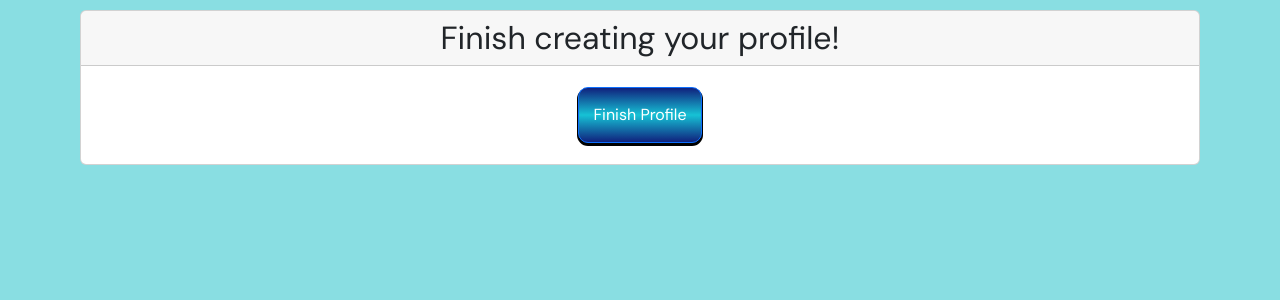
Repository: aiodell/my-glucose-checkup
Page: /me (app in client/)
An editor plug-in stored every save of this project. The page is shown before and after the next save, followed by the edit.
The browser window is 1280 px wide. The pictures show the whole page.
The page's requests for data from a server got no answer. The project was rebuilt for these pictures with package versions that can differ from the ones it lists, and the page was loaded fresh each time. No one was signed in, and anything a server would have sent is missing. Also part of the build but not shown: client/src/components/Login.js, client/src/components/Signup.js, client/src/components/Dashboard.js, client/src/components/AllReadings.js, client/src/components/NewReading.js, client/src/components/Home.js, client/src/components/BglUpdateForm.js, client/src/components/BglEventDetails.js and 8 more.

Above is the page before, as saved 2022-10-06 07:01:15.

### client/src/index.js
import React from 'react';
import ReactDOM from 'react-dom/client';
import {BrowserRouter as Router} from "react-router-dom";
import 'bootstrap/dist/css/bootstrap.min.css';
import App from './App';

const root = ReactDOM.createRoot(document.getElementById('root'));
root.render(
  <React.StrictMode>
  <Router>
    <App />
  </Router>
  </React.StrictMode>
);

### client/src/App.js
import { useState, useEffect } from "react"
import { Switch, Route, useHistory } from "react-router-dom"
import NavBar from "./components/NavBar"
import Login from "./components/Login"
import Signup from "./components/Signup"
import Dashboard from "./components/Dashboard"
import AllReadings from "./components/AllReadings"
import NewReading from "./components/NewReading"
import Home from "./components/Home"
import BglEventDetails from "./components/BglEventDetails"
import NewBglEvent from "./components/NewBglEvent"
import Events from "./components/Events"
import UserProfile from "./components/UserProfile"
import CreateProfile from "./components/CreateProfile"
import AllUsers from "./components/AllUsers"
import './styles.css'

const App = () => {
  const [currentUser, setCurrentUser] = useState("")
  const [readings, setReadings] = useState([])
  const [events, setEvents] = useState([])
  const [users, setUsers] = useState([])
  const [following, setFollowing] = useState([])
  const history = useHistory()

  useEffect( () => {
    fetch(`/auto-login`)
    .then((r) => {
      if (r.ok) {
        r.json().then((user) => setCurrentUser(user))
      }else{
        history.push("/login")
      }
    })
  }, [ ])

	useEffect(() => {
		fetch("/events")
		.then((r) => r.json())
		.then(setEvents)
	}, [])

  useEffect(() => {
		fetch("/bgls")
		.then((r) => r.json())
		.then(setReadings)
	}, [])

  useEffect(() => {
    fetch("/users")
    .then((r) => r.json())
    .then(setUsers)
  }, [])

  useEffect(() => {
    fetch("/relationships")
    .then((r) => r.json())
    .then(setFollowing)
  }, [])

  const updateUser = (user) => setCurrentUser(user)

  const addNewReading = (newReading) => {setReadings(readings => [...readings, newReading])}

  const deleteReading = (deletedReading) => {
    setReadings((readings) => readings.filter((reading) => reading.id !== deletedReading))
  }

  const deleteEvent = (deletedEvent) => {
    setEvents((events) => events.filter((event) => event.id !== deletedEvent))
  }

  const updateBgl = (updatedBgl) => {
    setReadings((readings) => readings.map(bgl => bgl.id === updatedBgl.id ? updatedBgl : bgl))
  }

  // add follower to list
  const addNewFollow = (newFollow) => {
    setFollowing(following => [...following, newFollow])
    const copyOfCurrentUser = {...currentUser}
    copyOfCurrentUser.followees.push(newFollow)
    setCurrentUser(copyOfCurrentUser)
  }

  // delete follower from the list
  const deleteFollow = (deletedFollow) => {
    setFollowing((following) => following.filter((following) => following.id !== deletedFollow))
  }

  const removeCurrentFollowing = (deletedFollowee) => {
    const copyOfCurrentUser = {...currentUser}
    copyOfCurrentUser.followees = copyOfCurrentUser.followees.filter(followee => followee.followee_id !== deletedFollowee.followee_id)
    setCurrentUser(copyOfCurrentUser)
  }

   return (
   <div>
    <NavBar
      currentUser = {currentUser}
      updateUser = {updateUser}
    />
    <Switch>
      <Route exact path = "/login">
        <Login updateUser = {updateUser}/>
      </Route>
      <Route exact path = "/signup">
        <Signup />
      </Route>
      <Route exact path = "/dashboard">
        <Dashboard
        currentUser = {currentUser}
        readings = {readings}
        setReadings = {setReadings}
        following = {following}  // will be used to display the highs and lows of a user being followed
        users = {users}
        />
      </Route>
      <Route exact path= "/bgls/all">
        <AllReadings
        readings = {readings}
        setReadings = {setReadings}
        />
      </Route>
      <Route exact path= "/bgls/new">
        <NewReading addNewReading= {addNewReading} />
      </Route>
      <Route exact path= "/bgls/:id/">
        <BglEventDetails
          updateBgl = {updateBgl}
          deleteReading= {deleteReading}
          readings = {readings}
        />
      </Route>
      <Route exact path="/bgls/:id/bgl_events/new">
        <NewBglEvent events= {events}/>
      </Route>
      <Route exact path="/events">
        <Events
          deleteEvent = {deleteEvent}
          events = {events}
          setEvents = {setEvents}
        />
      </Route>
      <Route exact path= "/me">
        <UserProfile
        currentUser = {currentUser}
        users = {users}
        />
      </Route>
      <Route exact path = "/create-profile">
        <CreateProfile />
      </Route>
      <Route exact path= "/users">
        <AllUsers
        currentUser = {currentUser}
        users = {users}
        addNewFollow = {addNewFollow}
        deleteFollow = {deleteFollow}
        removeCurrentFollowing ={removeCurrentFollowing}
        />
      </Route>
      <Route exact path="/">
        <Home
        currentUser = {currentUser}
        setCurrentUser = {setCurrentUser}/>
      </Route>
    </Switch>
   </div>
  )
}

export default App;

### client/src/components/NavBar.js
import { useHistory, NavLink } from 'react-router-dom'
import Container from "react-bootstrap/Container"
import Nav from 'react-bootstrap/Nav';
import Navbar from 'react-bootstrap/Navbar';
import '../styles.css';

const NavBar = ({updateUser, currentUser}) => {
	const history = useHistory()

	// log out only available when logged in
	const handleLogout = (e) => {
		fetch(`/logout`, {
			method: 'DELETE'
		})
		.then(() => {
			updateUser("")
			history.push('/')
		})
	}

	return(
		<>
		{currentUser ?
			<Navbar bg="dark" variant="dark" expand="lg">
			<Container className="nav-bar">
				<Navbar.Brand>My Glucose Checkup</Navbar.Brand>
				<Navbar.Toggle aria-controls="basic-navbar-nav" />
				<Navbar.Collapse id="basic-navbar-nav"></Navbar.Collapse>
					<Nav className="me-auto">
						<NavLink className="nav-link" to="/dashboard">
							<Nav.Item>Dashboard</Nav.Item>
						</NavLink>
						<NavLink className="nav-link" to="/bgls/all">
							<Nav.Item>My BGLs</Nav.Item>
						</NavLink>
						<NavLink className="nav-link" to="/bgls/new">
							<Nav.Item>New Reading</Nav.Item>
						</NavLink>
						<NavLink className="nav-link" to="/me">
							<Nav.Item>My Account</Nav.Item>
						</NavLink>
						<NavLink className="nav-link" to="/users">
							<Nav.Item>All Users</Nav.Item>
						</NavLink>
						<Nav.Link onClick={handleLogout}>Logout</Nav.Link>
					</Nav>
			</Container>
		</Navbar> : null }
		</>
	)
}

export default NavBar

### client/src/components/UserProfile.js
import Button from "react-bootstrap/Button"
import {NavLink, useHistory } from "react-router-dom"
import Container from "react-bootstrap/Container"
import Card from 'react-bootstrap/Card';
import Accordion from "react-bootstrap/Accordion"

const UserProfile = ({currentUser}) => {

	const renderFollowing = currentUser.followees?.map((user) => {
		return(
			<Card>
				<Card.Title>{user.first_name} {user.last_name}</Card.Title>
				<Card.Text></Card.Text>
			</Card>
		)
	})

	return(
		<div>
			{currentUser.has_profile ?
			<Container className="profile-container">
				<Card className= "user-profile">
					<Card.Header as="h2">Hello {currentUser.first_name}!</Card.Header>
					<Card.Body>
						<Card.Title className="card-title">Personal Information</Card.Title>
					</Card.Body>
					<Card.Body>
						<Card.Text className="body-1"><b>Full Name: </b>{currentUser.first_name} {currentUser.last_name}</Card.Text>
						<Card.Text className="body-2"><b>Date of birth: </b>{currentUser.profile.month} / {currentUser.profile.day} / {currentUser.profile.year}</Card.Text>
						<Card.Text><b>Email: </b>{currentUser.email}</Card.Text>
						<Card.Text><b>Phone Number: </b>{currentUser.profile.phone}</Card.Text>
					</Card.Body>
				</Card>
				{/* who the user is following */}
				<Accordion as={Card} className= "user-profile">
					<Accordion.Header as="h2" className="follow-header">
						Following
					</Accordion.Header>
					<Accordion.Body>{renderFollowing}</Accordion.Body>
				</Accordion>
			</Container>
			:
				<Container className="container-style">
				<Card className= "user-profile">
				<Card.Header as="h2">Finish creating your profile!</Card.Header>
					<Card.Body>
						<NavLink to="/create-profile">
							<Button className="btns">Finish Profile</Button>
						</NavLink>
					</Card.Body>
				</Card>
				</Container>
			}
		</div>
	)
}

export default UserProfile

### client/src/styles.css
@import url('https://fonts.googleapis.com/css2?family=DM+Sans&display=swap');
@import url('https://fonts.googleapis.com/css2?family=Carter+One&family=DM+Sans&display=swap');

body {
  font-family: 'DM Sans', sans-serif;
  background-color:	#89dee2;
  margin: 0px;
}

/*Universal */
.btns {
  background-image: linear-gradient(#10217d, #16c2d5,#10217d);
  color: rgb(255, 255, 255);
  padding: 15px;
  margin: 5px;
  text-align: center;
  border-radius: 10px;
  box-shadow: 0px 2px 0px 1px black;
  text-decoration: none;
}

.container-style{
  text-align: center;
  padding: 10px;
  position: relative;
}

.navbar-brand{
  font-family: 'Carter One', cursive;
  font-size: 2rem;
  text-align:left
}

/*Home Page */
.Home {
  text-align: center;
}

.home-background {
  background-color: #88c7b2;
  min-height: 100vh;
  display: flex;
  flex-direction: column;
  align-items: center;
  justify-content: center;
  font-size: calc(10px + 2vmin);
  color: white;
}

.welcome {
  font-family: 'Carter One', cursive;
  text-shadow: 2px 2px black;
  text-align: center;
}

.home-btn-div {
  align-content: center;
}

/*Forms */
.form-style{
  margin-top: 100px;
  border-radius: 20px;
  box-shadow: 0px 2px 0px 1px black;
  background-image: linear-gradient(#67eabe, #ffffff);
  color: rgb(0, 0, 0);
}
.title{
  padding: 20px;
  position: relative;
}

/*Dashbord */
.dash-container{
  margin-top: 100px;
  padding: 20px;
  background-image: linear-gradient(#67eabe, #ffffff);
  border-radius: 25px;
  position: relative;
}

.current-bgl{
  border-radius: 50%;
  height: 150px;
  width: 150px;
  vertical-align: middle;
  left: 44%;
  position: relative;
  box-shadow: 2px 2px 2px 2px black;
  background-image: linear-gradient(#67eabe, #ffffff);
}

.current-txt{
  text-align: center;
  font-size: 4rem;
  padding-top: 40px;
  padding-left: 5px;
  position: relative;
}

.low-high-avg{
  padding: 20px;
  position: relative;
}

.dash-title{
  font-family: 'Carter One', cursive;
  text-shadow: 2px 2px 2px black;
  color: white
}

/*Events */

.list{
  list-style: none;
  padding: 5px;
  font-size: 150%;
}

.event-container-style{
  text-align: center;
  padding: 10px;
  position: relative;
  margin: 5px;
}

.delete-btn{
  background-image: linear-gradient(#67eabe, #ffffff);
  color: rgb(0, 0, 0);
  padding: 5px;
  margin: 5px;
  text-align: center;
  box-shadow: 0px 2px 0px 1px black;
  text-decoration: none;
}
.event-card{
  vertical-align: middle;
  left: 39%;
  position: relative;
}

/*All bgls*/
.all-bgl-container-style{
  align-content: center;
  margin-top: 20px;
  text-align: center;
  display: relative;
  position:relative;
  max-width: 50%;
}

.link-text-style{
  text-decoration: none;
}

.pages {
  display: flex;
  justify-content: center;
  margin-top: 20px;
}

.bgl-card{
  margin: 10px;
  text-decoration: none;
  color: black;
  box-shadow: 0px 2px 0px 2px black;
}

.card-title{
  font-size: 150%;
}

.search {
  width: 50%;
  text-align: center;

  position: relative;
  display: block;
  margin: auto;
  padding: 2rem;
}

.searchTerm {
  text-align: center;
  width: 100%;
  border: 3px solid #004e59;
  padding: 5px;
  height: 3rem;
  border-radius: 5px;
  outline: none;
  font-size: 1.5rem;
}

/* Profile Completion Form */
.form-title{
  text-align: center;
  margin-top: 15px;
}

.profile-completion{
  text-align: center;
  padding: 15px;
  margin: 10px;
  box-shadow: 1px 2px 0px 1px black;
  background-image: linear-gradient(#eaeaea, #ffffff);
  color: rgb(0, 0, 0);
}

.profile-label{
  margin-bottom: 5px;
  margin-top: 10px;
}

.form-check{
  margin-top: 5px
}

/*profile container*/
.profile-container{
  align-content: center;
  margin-top: 20px;
  text-align: center;
  display: relative;
  position:relative;
  max-width: 50%;
}

Loaded but not shown: client/public/index.html (common file)

After the next save:
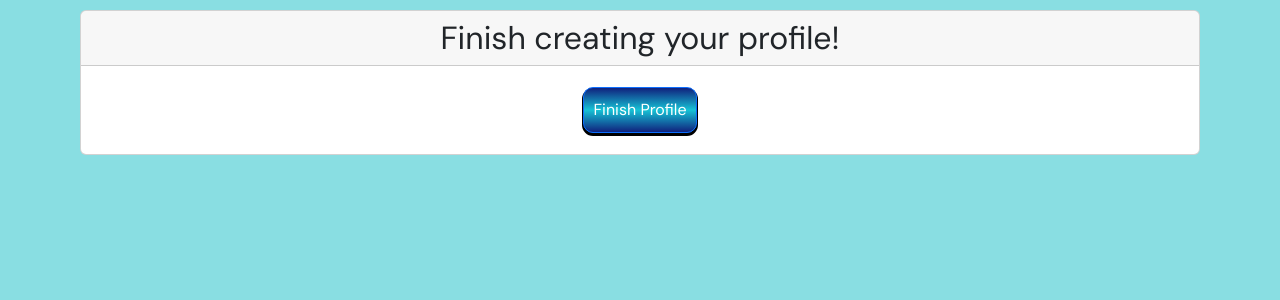
Saved 6 s later.
--- a/client/src/styles.css
+++ b/client/src/styles.css
@@ -11,7 +11,7 @@ body {
 .btns {
   background-image: linear-gradient(#10217d, #16c2d5,#10217d);
   color: rgb(255, 255, 255);
-  padding: 15px;
+  padding: 10px;
   margin: 5px;
   text-align: center;
   border-radius: 10px;
